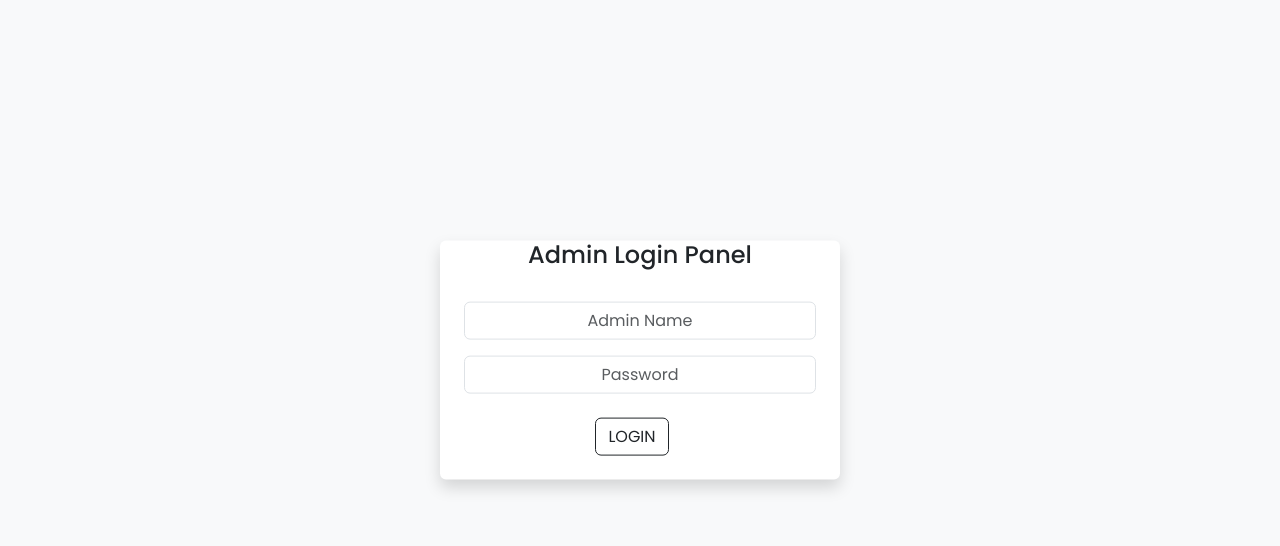
Repository: TaTongThanh2003/DoAnCoSo2024_BookingHotelWebsite
Page: http://localhost/Admin/index.php
These files come from the project's save history. The page is drawn as it stood at one moment and after the next save; the edit follows.
The browser window is 1280 px wide. The pictures show the whole page.
Some web fonts or font styles are not loaded; a fallback is used. The page is run by PHP 8.4 with error messages shown; the project is at /var/www/html/.

Above is the page before, as saved 2024-03-28 22:45:24.

### Admin/Index.php
<!DOCTYPE html>
<html lang="en">

<head>
    <meta charset="UTF-8">
    <meta name="viewport" content="width=device-width, initial-scale=1.0">
    <title>Admin Login Panel</title>
    <link href="https://cdn.jsdelivr.net/npm/bootstrap@5.3.3/dist/css/bootstrap.min.css" rel="stylesheet"
        integrity="sha384-QWTKZyjpPEjISv5WaRU9OFeRpok6YctnYmDr5pNlyT2bRjXh0JMhjY6hW+ALEwIH" crossorigin="anonymous">
    <link
        href="https://fonts.googleapis.com/css2?family=Merienda:wght@400;700&family=Poppins:wght@400;500;600&display=swap"
        rel="stylesheet">
    <link rel="stylesheet" href="https://cdn.jsdelivr.net/npm/bootstrap-icons@1.11.3/font/bootstrap-icons.min.css">
    <link rel="stylesheet" href="admin/css/common.css">
    <style>
    div.login-form {
        position: absolute;
        top: 50%;
        left: 50%;
        transform: translate(-50%, -50%);
        width: 400px;
    }
    </style>
</head>

<body class="bg-light">
    <div class="login-form text-center rounded bg-white shadow overflow-none">
        <form>
            <h4>Admin Login Panel</h4>
            <div class="p-4">
                <div class="mb-3">
                    <input type="text" class="form-control shadow-none text-center" placeholder="Admin Name">
                </div>
                <div class="mb-4">
                    <input type="password" class="form-control shadow-none text-center" placeholder="Password">
                </div>
                <button type="submit" class="btn btn-outline-dark shadow-none me-lg-3 me-2 ">LOGIN</button>
            </div>
        </form>
    </div>



    <link href="https://cdn.jsdelivr.net/npm/bootstrap@5.3.3/dist/css/bootstrap.min.css" rel="stylesheet"
        integrity="sha384-QWTKZyjpPEjISv5WaRU9OFeRpok6YctnYmDr5pNlyT2bRjXh0JMhjY6hW+ALEwIH" crossorigin="anonymous">


</body>

</html>

### admin/css/common.css
:root{
    --teal: #2ec1ac;
    --teal_hover: #279e8c;
}

* {
    font-family: 'Poppins', sans-serif;
}

.h-font {
    font-family: 'Merienda', cursive;
}

input::-webkit-outer-spin-button,
input::-webkit-inner-spin-button {
    -webkit-appearance: none;
    margin: 0;
}

/* input[type=number] {
    -moz-appearance: textfield;
} */

.custom-bg {
    background-color: var(--teal);
    border: 1px solid var(--teal);
}

.custom-bg:hover {
    background-color: var(--teal_hover);
    border-color: var(--teal_hover);
}

.availability-form {
    margin-top: -50px;
    z-index: 2;
    position: relative;
}
.h-line{
    width: 150px ;
    margin: 0 auto;
    height: 1.7px;
}

After the next save:
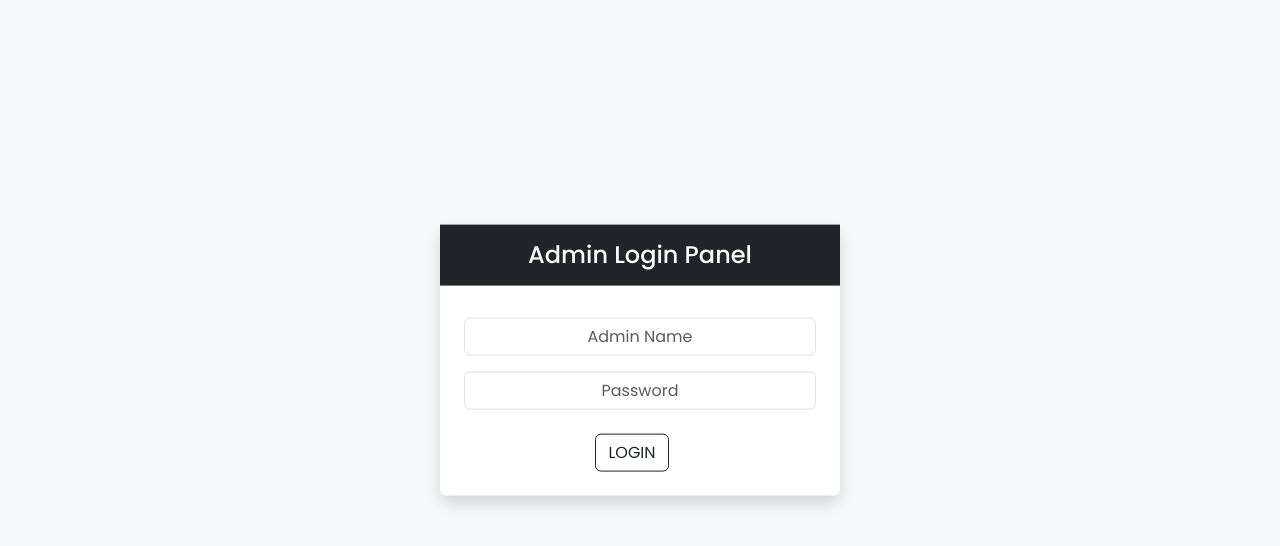
Saved 47 s later.
--- a/Admin/Index.php
+++ b/Admin/Index.php
@@ -26,7 +26,7 @@
 <body class="bg-light">
     <div class="login-form text-center rounded bg-white shadow overflow-none">
         <form>
-            <h4>Admin Login Panel</h4>
+            <h4 class="bg-dark text-white p-3">Admin Login Panel</h4>
             <div class="p-4">
                 <div class="mb-3">
                     <input type="text" class="form-control shadow-none text-center" placeholder="Admin Name">
